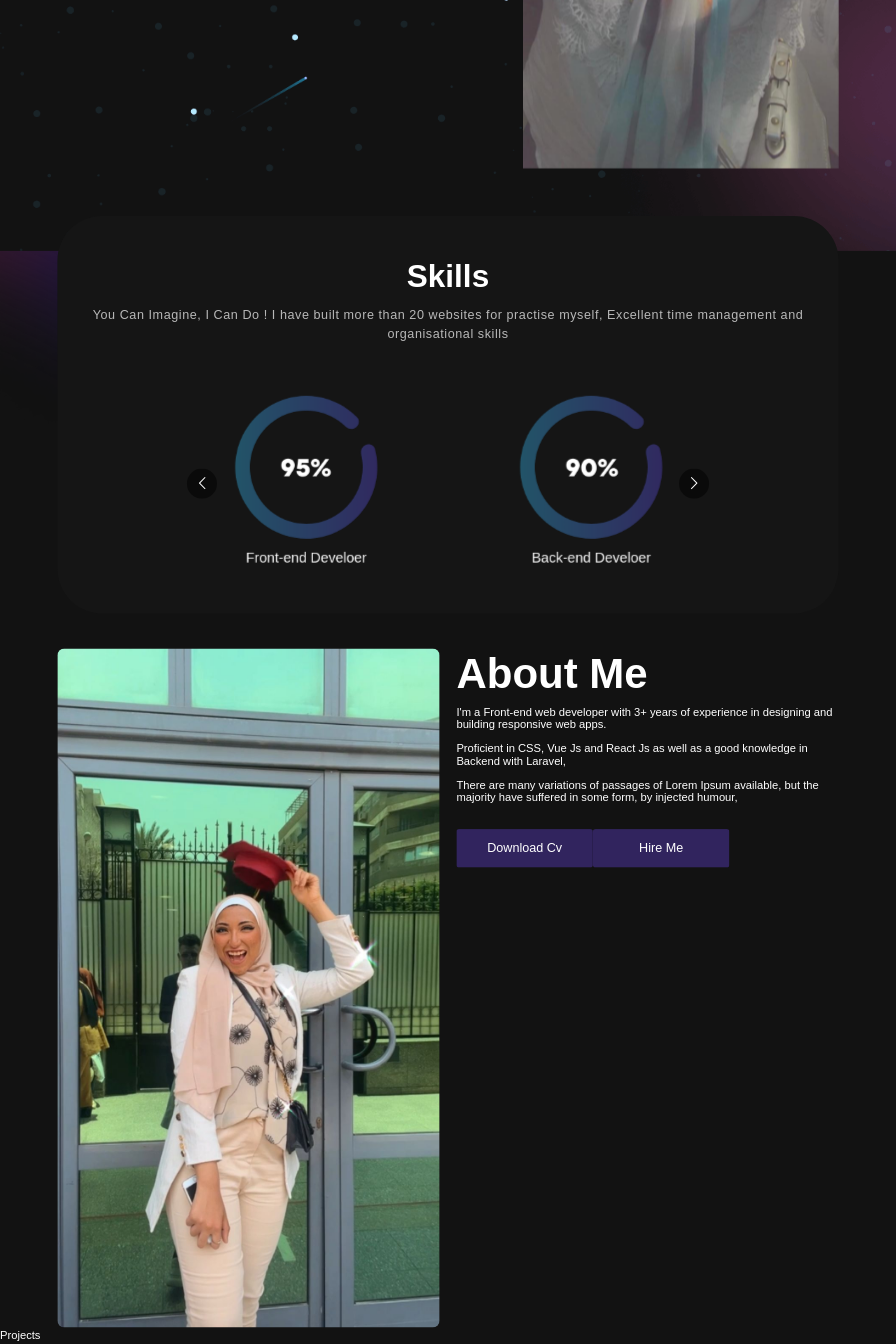
Repository: OmniaRafat232111121/portfolio
Page: /
These files come from the project's save history. The page is drawn as it stood at one moment and after a run of saves; the edit follows.
The browser window is 1280 px wide. The pictures show the part of the page from y = 829 to 2749 px (the page is 2749 px tall), at 70% of full size.
The project was rebuilt for these pictures with package versions that can differ from the ones it lists, and the page was loaded fresh each time. Also part of the build but not shown: webpack.config.js.

Above is the page before, as saved 2022-07-20 03:09:24.

After the next 3 saves:
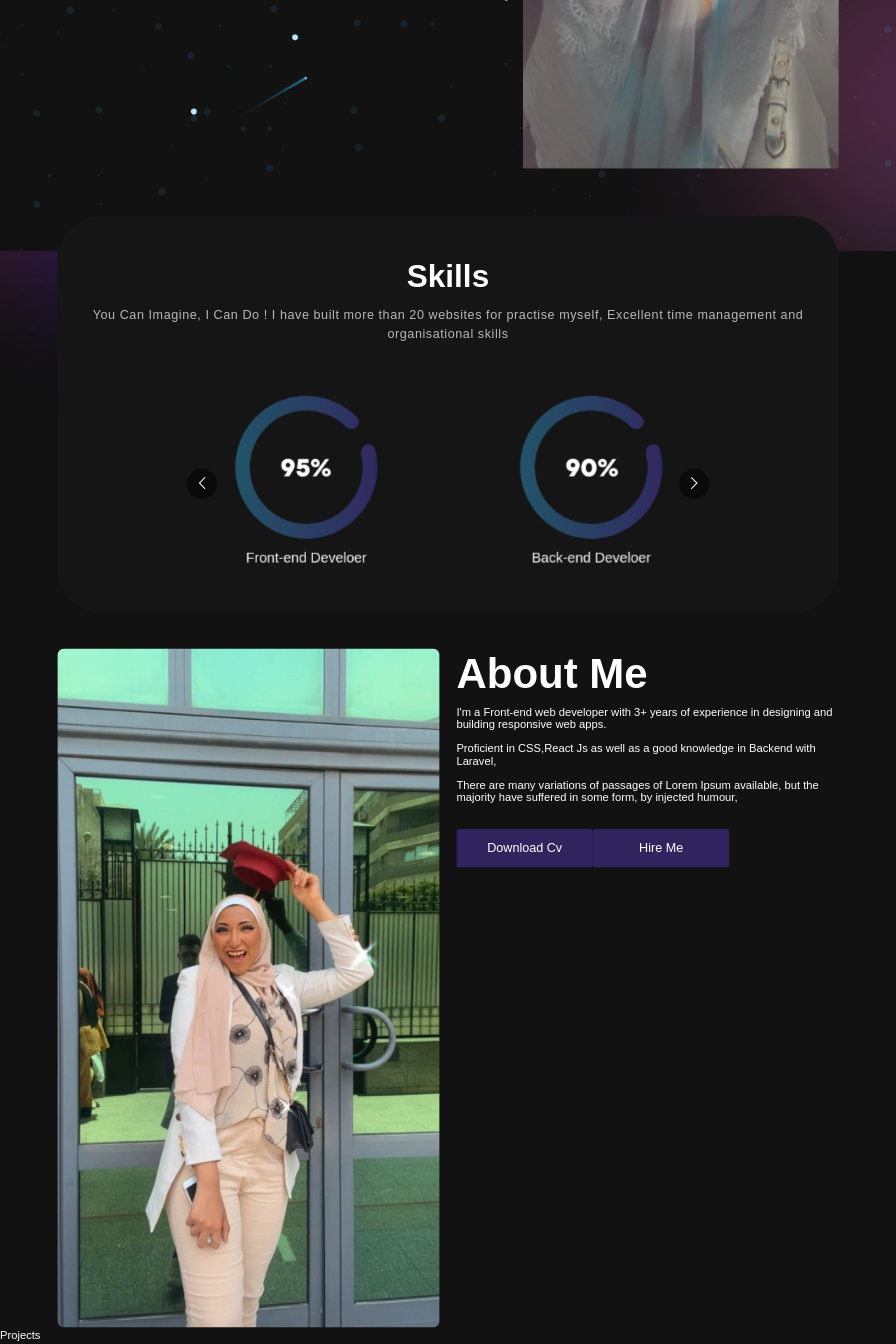
The 3 saves are shown as one change because they came seconds apart.
The last was saved 8 s later.
--- a/src/components/About.js
+++ b/src/components/About.js
@@ -22,7 +22,7 @@
               I'm a Front-end web developer with 3+ years of experience in designing and building responsive web apps.
               </p>
               <p className="about__text p__color">
-              Proficient in CSS, Vue Js and React Js as well as a good knowledge in Backend with Laravel,
+              Proficient in CSS,React Js as well as a good knowledge in Backend with Laravel,
               </p>
               <p className="about__text p__color">
                 There are many variations of passages of Lorem Ipsum available,
